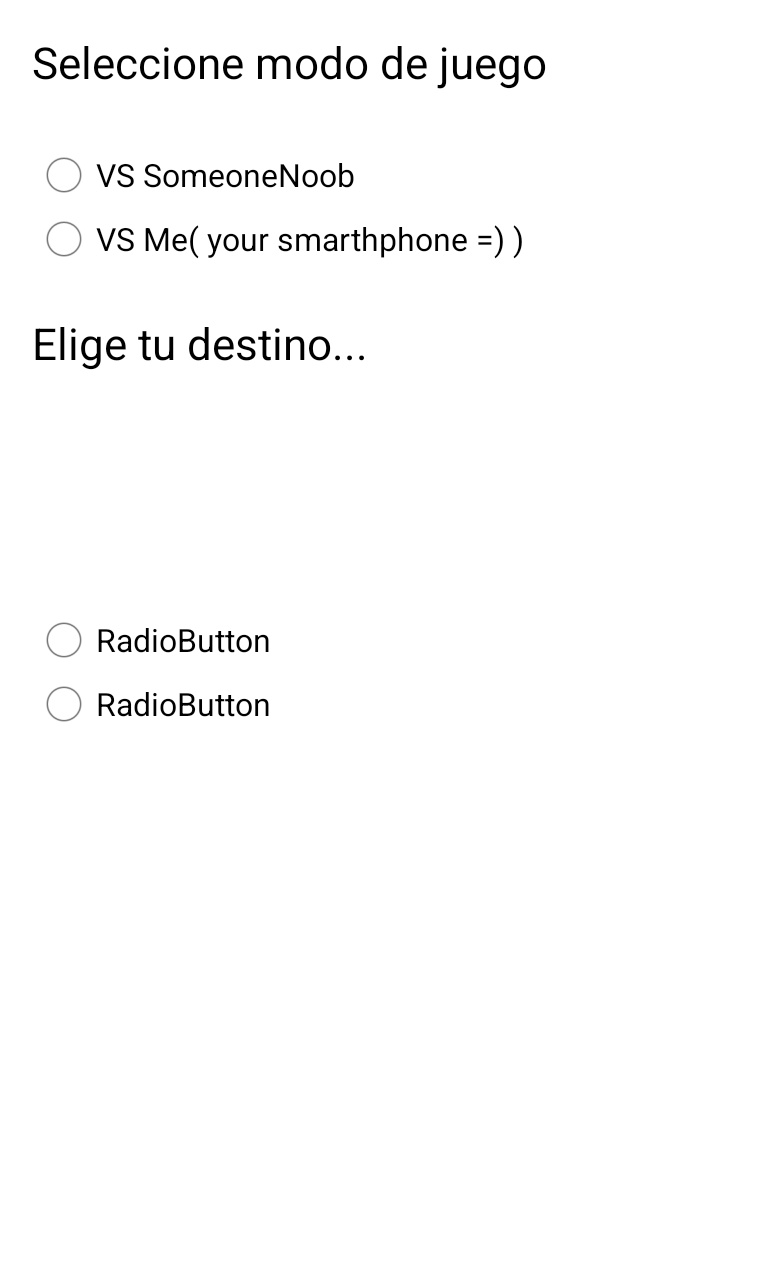
Repository: ivan-yc/miProyecto
Layout: TresEnRaya/res/layout/activity_main.xml
An editor plug-in stored every save of this project. The layout is shown before and after the next save, followed by the edit.
It is drawn on a 768 x 1280 px phone screen (xhdpi) without system bars, with theme AppTheme; the app's code is not run.

Above is the layout before, as saved 2013-05-16 20:09:39.

After the next save:
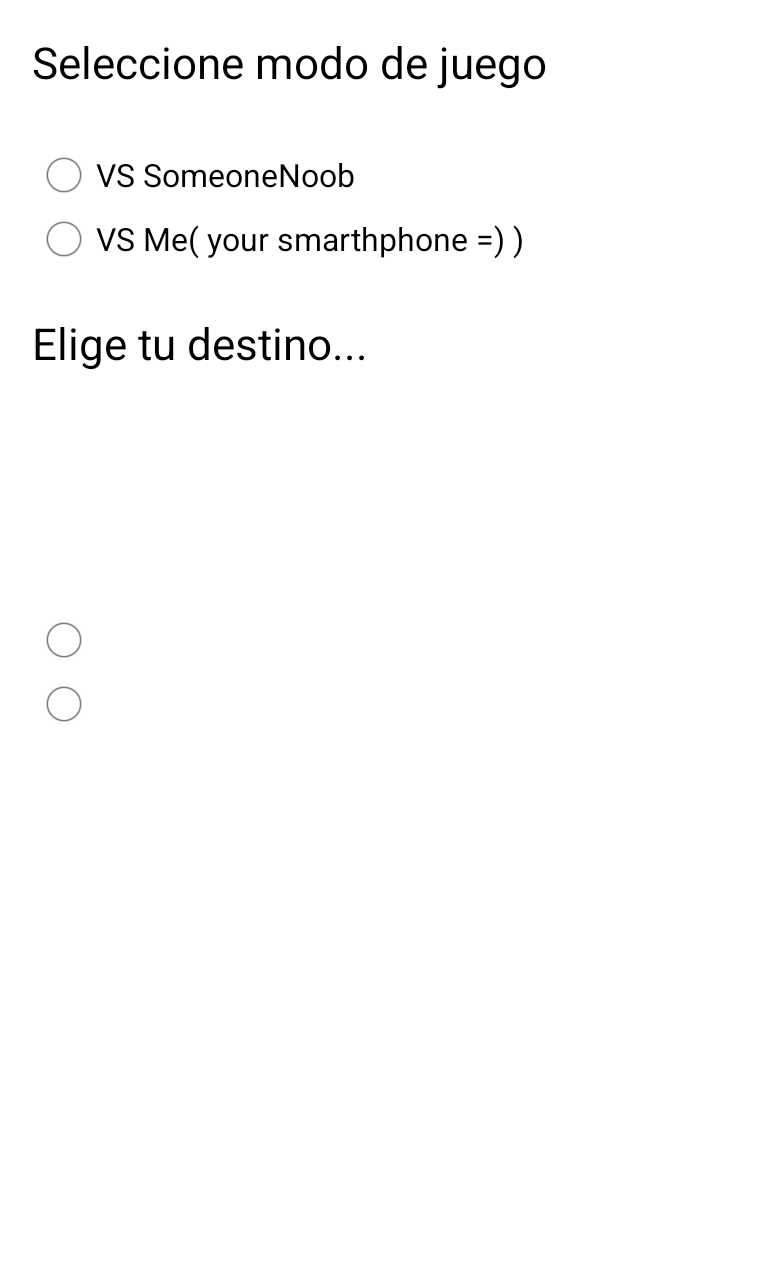
Saved 29 s later.
--- a/TresEnRaya/res/layout/activity_main.xml
+++ b/TresEnRaya/res/layout/activity_main.xml
@@ -51,7 +51,7 @@
         android:layout_height="wrap_content"
         android:layout_alignLeft="@+id/textView2"
         android:layout_centerVertical="true"
-        android:text="RadioButton" />
+        android:text="" />
 
     <RadioButton
         android:id="@+id/radioButton4"
@@ -59,6 +59,6 @@
         android:layout_height="wrap_content"
         android:layout_alignLeft="@+id/radioButton3"
         android:layout_below="@+id/radioButton3"
-        android:text="RadioButton" />
+        android:text="" />
 
 </RelativeLayout>
